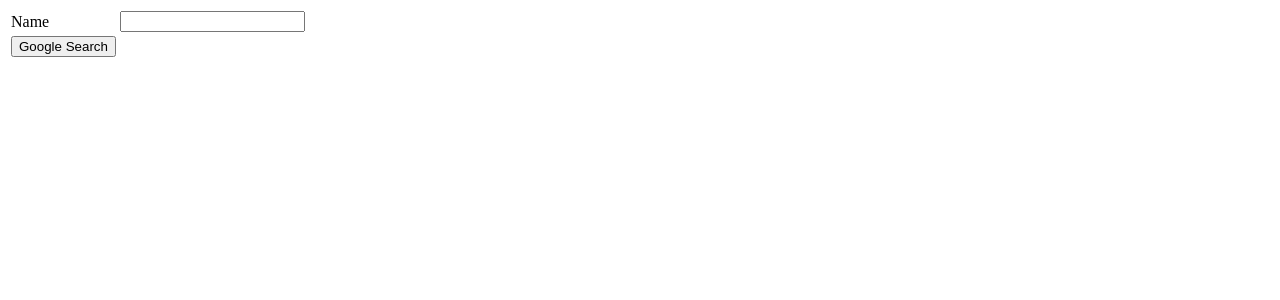
Repository: SurajPawar15-smart/JAVAProjects
Page: 04JTPGoogleSearchsendRedirect/WebContent/index.html
The author's editor kept a copy of each file at every save. The page is drawn from the files as they stood at one save, then again after the next save.
The browser window is 1280 px wide. The pictures show the whole page.

Above is the page before, as saved 2020-10-02 11:35:37.

### 04JTPGoogleSearchsendRedirect/WebContent/index.html
<!DOCTYPE html>
<html>
<head>
<meta charset="ISO-8859-1">
<title>Insert title here</title>
</head>
<body>
<form action="MySearcher" method="Post">
<table>
<tr>
<td>Name</td>
<td><input type="text" name="name"></td>
</tr>

<td><input type="submit" value="Google Search"></td>
</table>
</body>
</html>

After the next save:
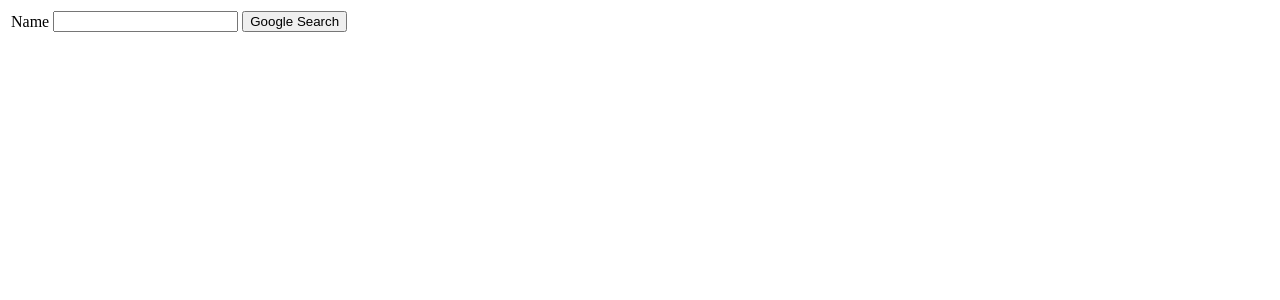
Saved 35 s later.
--- a/04JTPGoogleSearchsendRedirect/WebContent/index.html
+++ b/04JTPGoogleSearchsendRedirect/WebContent/index.html
@@ -8,11 +8,9 @@
 <form action="MySearcher" method="Post">
 <table>
 <tr>
-<td>Name</td>
-<td><input type="text" name="name"></td>
+<td>Name</td><td><input type="text" name="name"></td>
+<td><input type="submit" value="Google Search"></td>
 </tr>
-
-<td><input type="submit" value="Google Search"></td>
 </table>
 </body>
 </html>
